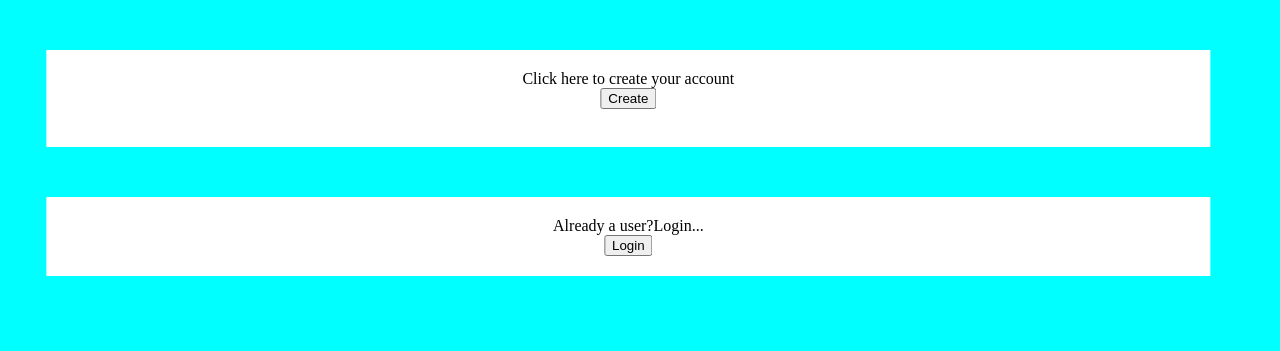
Repository: rosikraj/TurbifyTraining
Page: Wallet/WebContent/button.html
The author's editor kept a copy of each file at every save. The page is drawn from the files as they stood at one save, then again after the next save.
The browser window is 1280 px wide. The pictures show the whole page.

Above is the page before, as saved 2023-09-24 05:55:27.

### Wallet/WebContent/button.html
<!DOCTYPE html>
<html>
<head>
<meta charset="ISO-8859-1">
<title>Insert title here</title>
<script type="text/javascript">
        window.history.forward();
        function noBack() {
            window.history.forward();
        }
    </script>
<style>
    	form{
    		background-color:white;
    		align:center;
    		display:block;
    		margin:50px;
    		padding:20px;
    		transform:translateX(-1%);
    	}
    </style>
</head>
<body bgcolor="cyan" text="black">
<center>
<form method="post" action="create.jsp">
Click here to create your account<br>
<input type="submit" name="create" value="Create"><br><br>
</form>
<form method="post" action="login.jsp">
Already a user?Login...<br>
<input type="submit" name="login" value="Login">
</form>
</center>
</body>
</html>

After the next save:
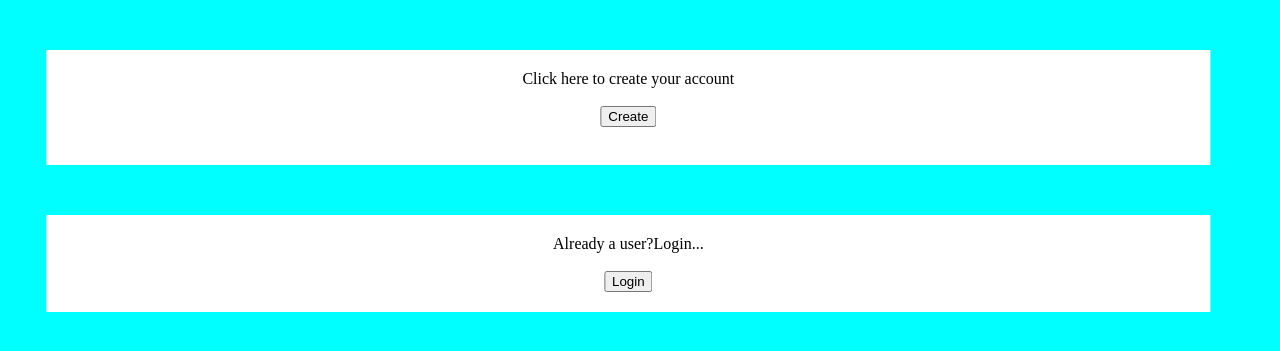
Saved 26 s later.
--- a/Wallet/WebContent/button.html
+++ b/Wallet/WebContent/button.html
@@ -23,11 +23,12 @@
 <body bgcolor="cyan" text="black">
 <center>
 <form method="post" action="create.jsp">
-Click here to create your account<br>
+Click here to create your account<br><br>
+
 <input type="submit" name="create" value="Create"><br><br>
 </form>
 <form method="post" action="login.jsp">
-Already a user?Login...<br>
+Already a user?Login...<br><br>
 <input type="submit" name="login" value="Login">
 </form>
 </center>
